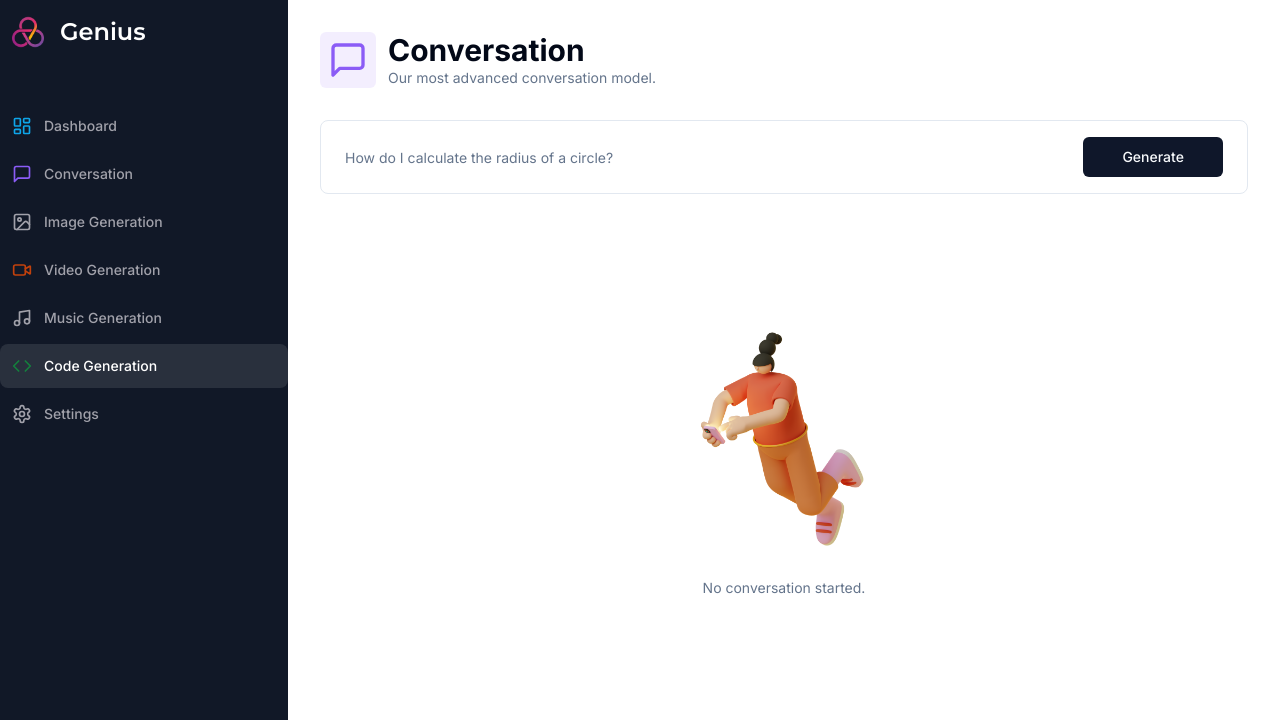
Repository: sweety-124/Genie-AI
Page: /code
These files come from the project's save history. The page is drawn as it stood at one moment and after the next save; the edit follows.
The browser window is 1280 px wide. The pictures show the whole page.
The page's requests for data from a server got no answer. The project was rebuilt for these pictures with package versions that can differ from the ones it lists, and the page was loaded fresh each time. Some packages were replaced by stand-ins written for this rebuild. The framework's server and built-in components were replaced by stand-ins that run in the browser. No one was signed in, and anything a server would have sent is missing. Also part of the build but not shown: next.config.js, components/ui/avatar.tsx, components/bot-avatar.tsx, components/ui/label.tsx, components/user-avatar.tsx.

Above is the page before, as saved 2023-12-05 13:27:57.

After the next save:
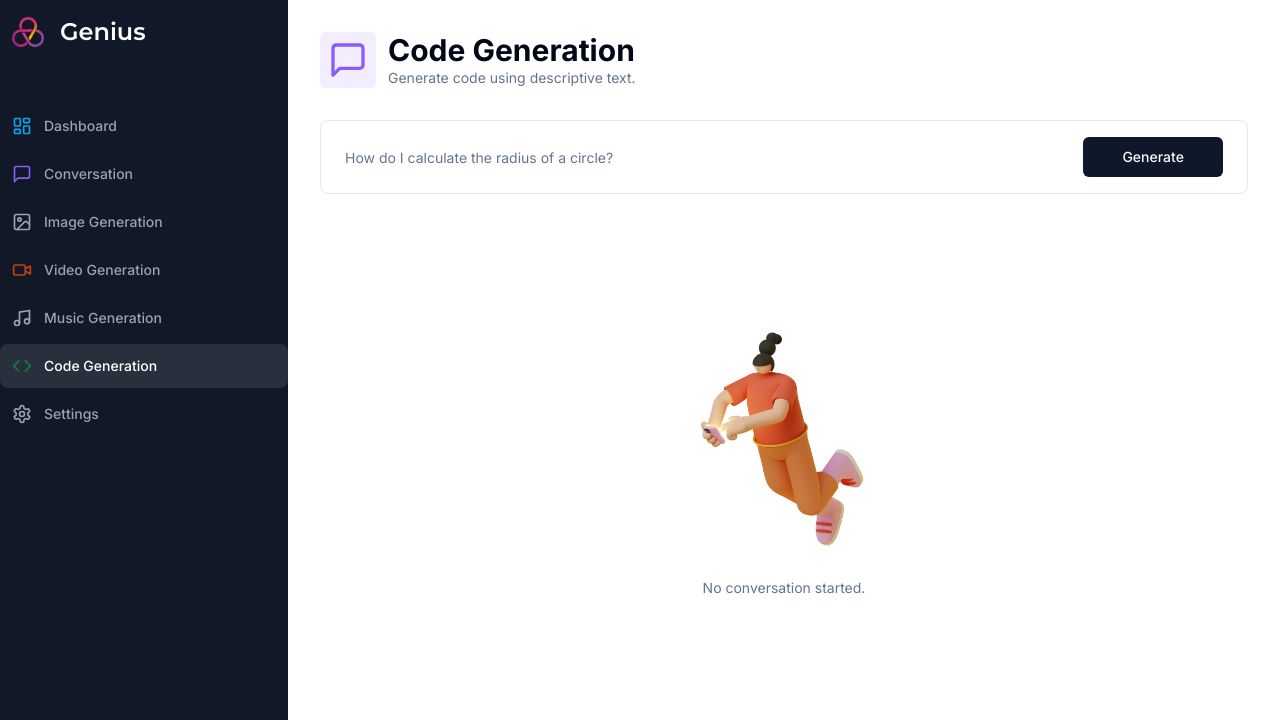
Saved 7 min 53 s later.
--- a/app/(dashboard)/(routes)/code/page.tsx
+++ b/app/(dashboard)/(routes)/code/page.tsx
@@ -60,8 +60,8 @@
   return (
     <div>
       <Heading
-        title="Conversation"
-        description="Our most advanced conversation model."
+        title="Code Generation"
+        description="Generate code using descriptive text."
         icon={MessageSquare}
         iconColor="text-violet-500"
         bgColor="bg-violet-500/10"
